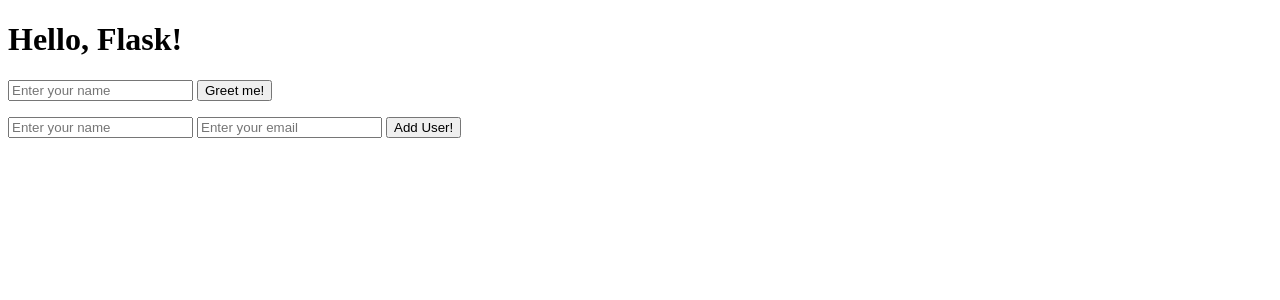
Repository: AlexandruMoloman/Instagram-Login-25Sep2024-
Page: http://localhost/
The author's editor kept a copy of each file at every save. The page is drawn from the files as they stood at one save, then again after the next save.
The browser window is 1280 px wide. The pictures show the whole page.
The page is served by the project's application, run on Flask 3 (app.py).

Above is the page before, as saved 2024-09-15 21:06:06.

### templates/index.html
<!DOCTYPE html>
<html lang="en">
  <head>
    <meta charset="UTF-8" />
    <meta name="viewport" content="width=device-width, initial-scale=1.0" />
    <title>First Flusk step</title>
  </head>
  <body>
    <h1>Hello, {{name}}!</h1>
    <form method="POST" action="/greet">
      <input type="text" name="username" placeholder="Enter your name" />
      <input type="submit" value="Greet me!" />
    </form>
    <p></p>
    <form method="POST" action="/add-user">
      <input type="text" name="username" placeholder="Enter your name" />
      <input type="text" name="email" placeholder="Enter your email" />
      <input type="submit" value="Add User!" />
    </form>
  </body>
</html>

### app.py
from flask import Flask, render_template, request
from flask_sqlalchemy import SQLAlchemy

app = Flask(__name__)

# Настройка подключения к базе данных MySQL
app.config['SQLALCHEMY_DATABASE_URI'] = 'mysql+pymysql://moloman:Moloman1994@localhost/flask_app'
app.config['SQLALCHEMY_TRACK_MODIFICATIONS'] = False

db = SQLAlchemy(app)

# Определение модели User
class User(db.Model):
    id = db.Column(db.Integer, primary_key=True)
    username = db.Column(db.String(80), unique=True, nullable=False)
    email = db.Column(db.String(120), unique=True, nullable=False)

    def __repr__(self):
        return f'<User {self.username}>'

# Создание таблиц
with app.app_context():
    db.create_all()

@app.route('/')
def home():
    return render_template('index.html', name="Flask")

@app.route('/about')
def about():
    return "About you do!"

@app.route('/user/<username>')
def user_profile(username):
    return f"Hi, {username}!"

@app.route('/add_user',methods=['POST'] )
def add_user():
    username=request.form['username']
    email=request.form['email']

@app.route('/greet', methods=['POST'])
def greet():
    username = request.form['username']
    return f"Hello, {username}!"




if __name__ == '__main__':
    app.run(debug=True)

After the next save:
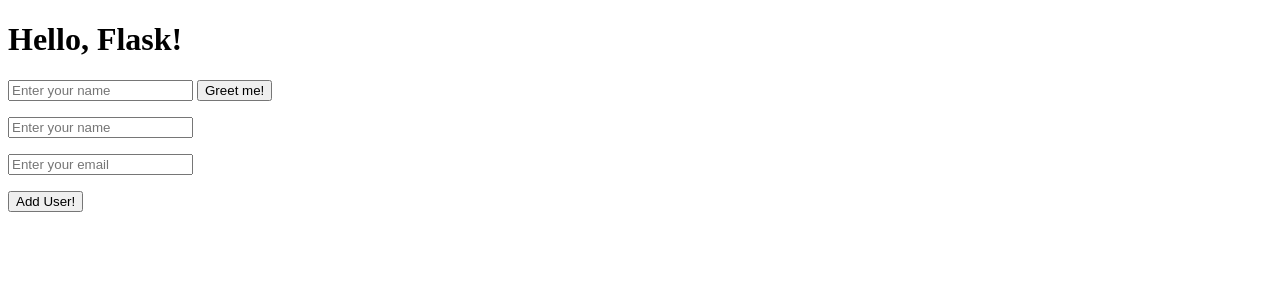
Saved 31 s later.
--- a/templates/index.html
+++ b/templates/index.html
@@ -13,8 +13,12 @@
     </form>
     <p></p>
     <form method="POST" action="/add-user">
-      <input type="text" name="username" placeholder="Enter your name" />
-      <input type="text" name="email" placeholder="Enter your email" />
+      <p>
+        <input type="text" name="username" placeholder="Enter your name" />
+      </p>
+      <p>
+        <input type="text" name="email" placeholder="Enter your email" />
+      </p>
       <input type="submit" value="Add User!" />
     </form>
   </body>
